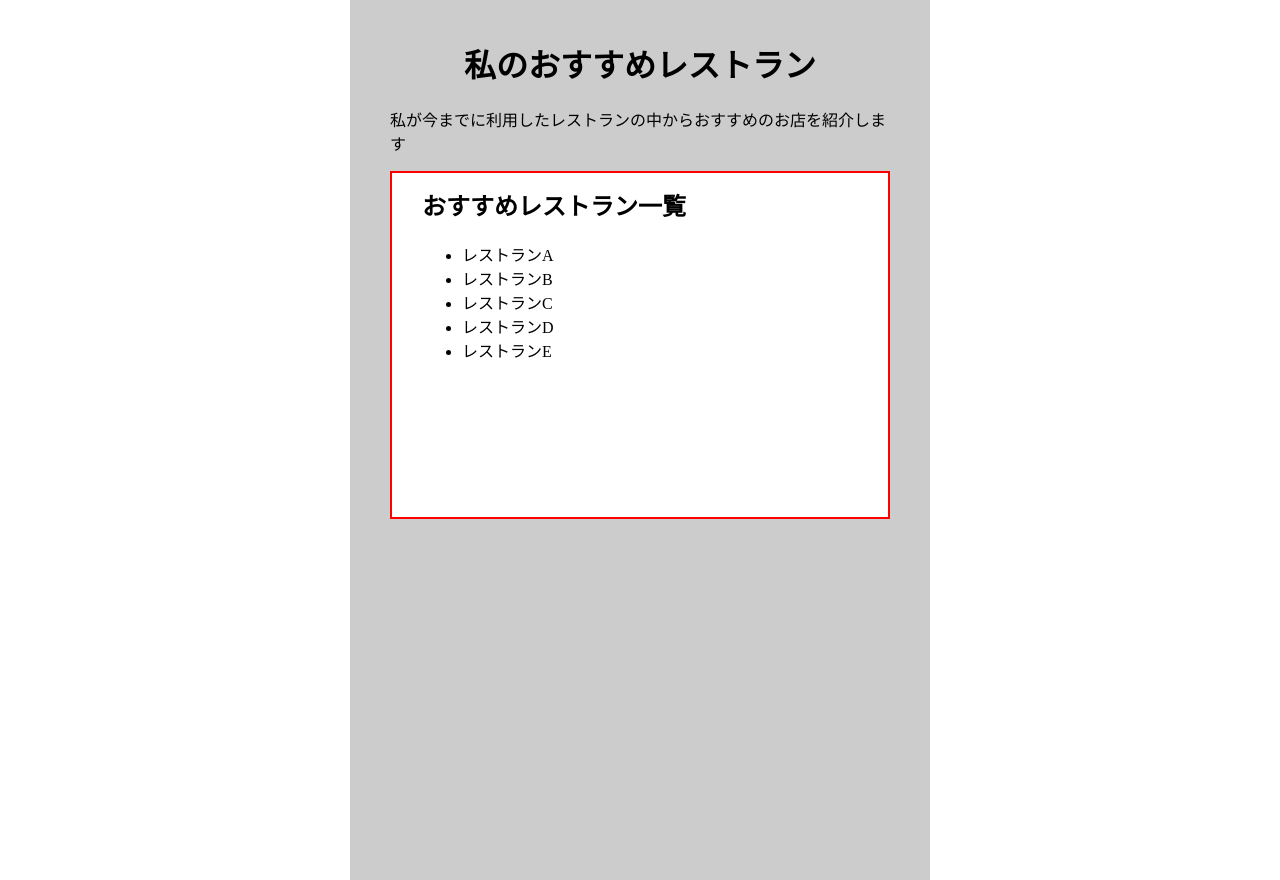
Repository: tsubasa2/restaurant
Page: 2021.2.html
The author's editor kept a record of every edit. The page is drawn from the files as they stood at one moment, then again after the next edit.
The browser window is 1280 px wide. The pictures show the whole page.

Above is the page before.

### 2021.2.html
<!DOCTYPE html>
<html lang="ja">
    <head>
        <meta charset="UTF-8">
        <title>私のおすすめレストラン</title>
        <link rel="stylesheet" href="style.css">
    </head>
    <body>
        <div id="wrapper">
            <h1>私のおすすめレストラン</h1>
            <p>私が今までに利用したレストランの中からおすすめのお店を紹介します</p>
            <div id="restraunt-list">
                <h2>おすすめレストラン一覧</h2>
                <ul>
                    <li>レストランA</li>
                    <li class="red bg-pink">レストランB</li>
                    <li class="bg-pink">レストランC</li>
                    <li>レストランD</li>
                    <li class="red">レストランE</li>
                </ul>
            </div>
        </div>
    </body>
</html>

### style.css
@charset "utf-8";
body {
    /*background-color: black;*/
    height: 100vh;
    margin: 0;
}

div#wrapper {
    background-color: #ccc;
    height: 800px;
    width: 500px;
    margin: 0 auto;
    padding: 40px;
}

h1 {
    margin-top: 0px;
    text-align: center;
}

div#restraunt-list {
    border: solid 2px red;
    height: 300px;
    background-color: white;
    padding: 30px;
    padding-top: 14px;
}

h2 {
    margin-top: 0;
}

After the next edit:
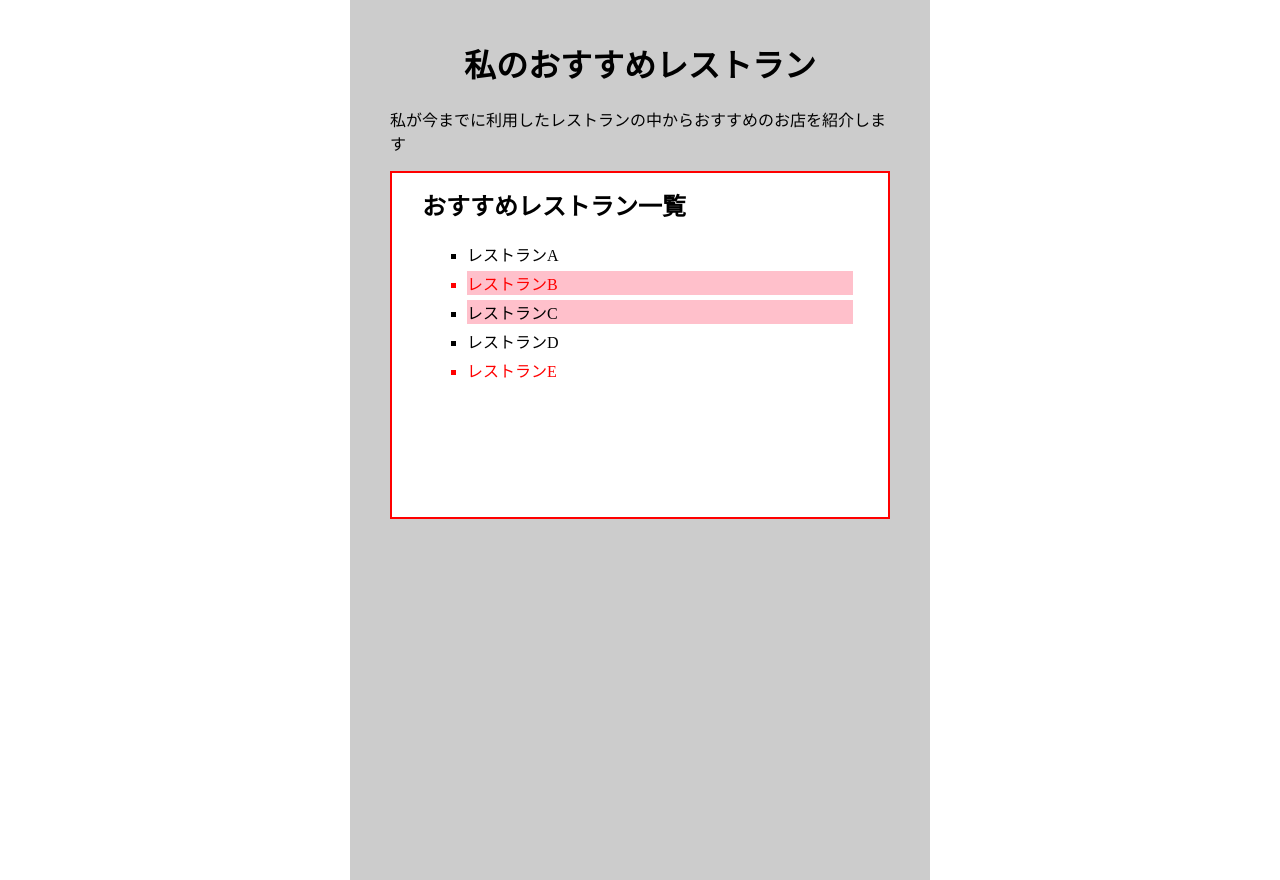
The edit:
--- a/style.css
+++ b/style.css
@@ -29,3 +29,18 @@ div#restraunt-list {
 h2 {
     margin-top: 0;
 }
+
+ul {
+    list-style-type: square;
+}
+
+.red{
+    color: red;
+}
+.bg-pink{
+    background-color: pink;
+}
+
+li {
+    margin: 5px;
+}
